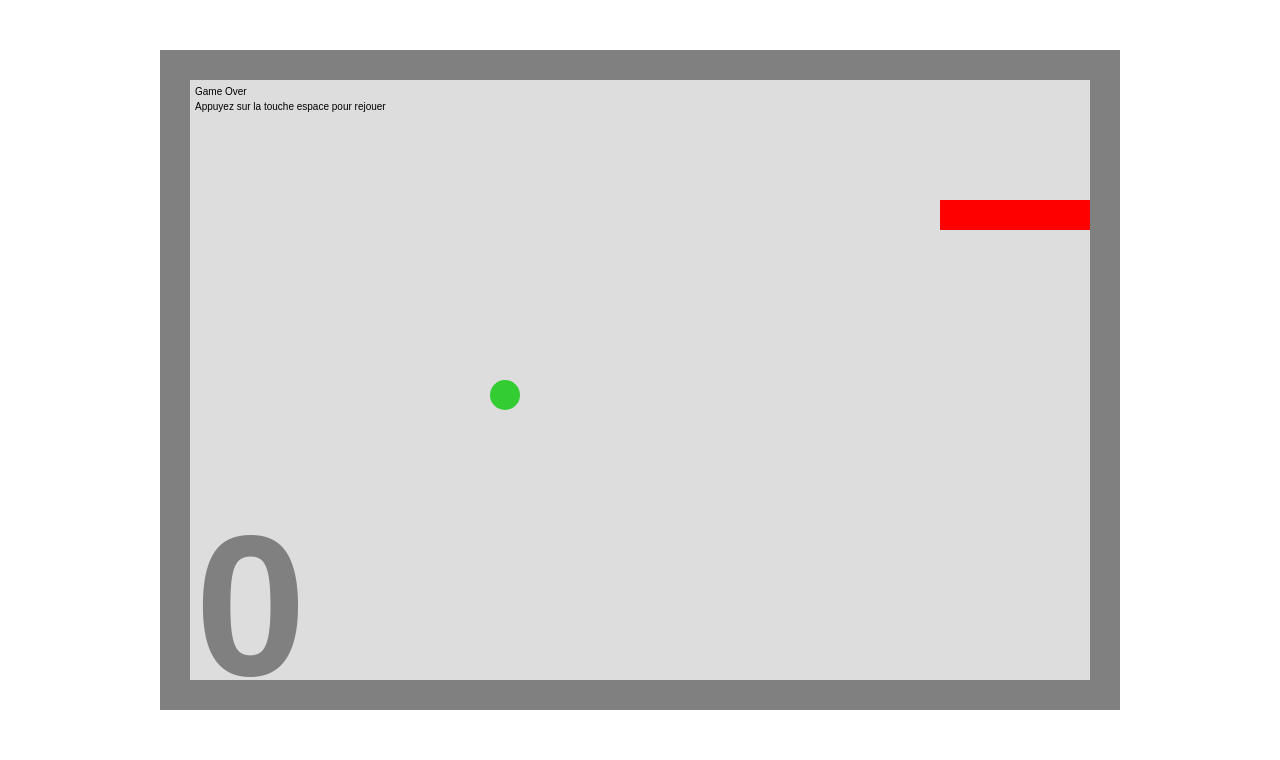
Repository: Loetitia27006/snake
Page: index.html
An editor plug-in stored every save of this project. The page is shown before and after the next save, followed by the edit.
The browser window is 1280 px wide. The pictures show the whole page.

Above is the page before, as saved 2023-03-24 16:27:33.

### index.html
<!DOCTYPE html>
<html lang="en">
<head>
    <meta charset="UTF-8">
    <meta http-equiv="X-UA-Compatible" content="IE=edge">
    <meta name="viewport" content="width=device-width, initial-scale=1.0">
    <title>Snake Game</title>
</head>
<body>

</body>
<script src="script.js"></script>
</html>

### script.js
window.onload = function () {
  var canvasWidth = 900;
  var canvasHeight = 600;
  var blockSize = 30;
  var ctx;
  var delay = 100;
  var snakee;
  var applee;
  var widthInBlocks = canvasWidth/blockSize;
  var heightInBlocks = canvasHeight/blockSize;
  var score;

  init();

  function init() {
    var canvas = document.createElement("canvas");
    canvas.width = canvasWidth;
    canvas.height = canvasHeight;
    canvas.style.border = "30px solid gray";
    canvas.style.margin = "50px auto";
    canvas.style.display = "block";
    canvas.style.backgroundColor = "#ddd";
    document.body.appendChild(canvas);
    ctx = canvas.getContext("2d");
    snakee = new Snake([[6, 4],[5, 4],[4, 4],[3, 4], [2, 4]], "right");
    applee = new Apple([10, 10]);
    score = 0;
    refreshCanvas();
  }

  function refreshCanvas() {
    snakee.advance();
    if(snakee.checkCollision()){
        gameOver();
    }else{
      if(snakee.isEatingApple(applee)){
        score++;
        snakee.ateApple = true;
        do{
          applee.setNewPosition();
        }while(applee.isOnSnake(snakee))
      }
      ctx.clearRect(0, 0, canvasWidth, canvasHeight);
      snakee.draw();
      applee.draw();
      drawScore();
      setTimeout(refreshCanvas, delay);
    }

  }
  function gameOver(){
    ctx.save();
    ctx.fillText("Game Over", 5, 15);
    ctx.fillText("Appuyez sur la touche espace pour rejouer",5 ,30)
    ctx.restore();
  }

  function restart(){
    snakee = new Snake(
      [
        [6, 4],
        [5, 4],
        [4, 4],
        [3, 4] ,
        [2, 4],
      ],
      "right"
    );
    applee = new Apple([10, 10]);
    score = 0;
    refreshCanvas();
  }

  function drawScore(){
    ctx.save();
    ctx.font = "bold 200px sans-serif";
    ctx.fillStyle = "gray";
    ctx.fillText(score.toString(), 5, canvasHeight -5);
    ctx.restore();
  }

  function drawBlock(ctx, position){
    var x = position[0] * blockSize;
    var y = position[1] * blockSize;
    ctx.fillRect(x, y, blockSize, blockSize)
  }

  function Snake(body, direction) {
    this.body = body;
    this.direction = direction
    this.ateApple = false;
    this.draw = function () {
      ctx.save();
      ctx.fillStyle = "#ff0000";
      for (var i = 0; i < this.body.length; i++) {
        drawBlock(ctx, this.body[i]);
      }
      ctx.restore();
    };
    this.advance = function () {
        var nextPosition = this.body[0].slice();
        switch (this.direction) {
          case "left":
            nextPosition[0] -= 1;
            break;
          case "right":
            nextPosition[0] += 1;
            break;
          case "down":
            nextPosition[1] += 1;
            break;
          case "up":
            nextPosition[1] -= 1;
            break;
          default:
            throw("Invalid direction" + this.direction);
        }
        this.body.unshift(nextPosition);
        if(!this.ateApple)
          this.body.pop();
        else
          this.ateApple = false;
    };
    this.setDirection= function(newDirection) {
      var allowedDirection;
      switch (this.direction) {
        case "left":
        case "right":
          allowedDirection = ["up", "down"];
          break;
        case "down":
        case "up":
          allowedDirection = ["left", "right"];
          break;
        default:
          throw("invalid direction: " + this.direction);
      }
      if(allowedDirection.indexOf(newDirection)>-1){
        this.direction = newDirection;
      }
    }
    this.checkCollision = function(){
      var wallCollision = false;
      var snakeCollision = false;
      var head = this.body[0];
      var rest = this.body.slice(1);
      var snakeX = head[0];
      var snakeY = head[1];
      var minX = 0;
      var minY = 0;
      var maxX = widthInBlocks - 1;
      var maxY = heightInBlocks - 1;
      var isNotBetweenHorizontalWalls = snakeX < minX || snakeX > maxX;
      var isNotBetweenVerticalWalls = snakeY < minY || snakeY > maxY;

      if(isNotBetweenHorizontalWalls || isNotBetweenVerticalWalls) {
        wallCollision = true;
      }
      for(var i = 0; i < rest.length; i++) {
        if(snakeX === rest[i][0] && snakeY === rest[i][1]) {
          snakeCollision = true;
      }
    }
    return wallCollision || snakeCollision;
  };
  this.isEatingApple = function (appleToEat) {
    var head = this.body[0];
    if (
      head[0] === appleToEat.position[0] &&
      head[1] === appleToEat.position[1]
    ) {
      return true;
    } else {
      return false;
    }
  };
}
  function Apple(position){
    this.position = position;
    this.draw = function(){
      ctx.save();
      ctx.fillStyle = "#33cc33";
      var radius = blockSize/2;
      var x = this.position[0]*blockSize + radius;
      var y = this.position[1]*blockSize + radius;
      ctx.beginPath();
      ctx.arc(x, y, radius, 0, Math.PI*2, true);
      ctx.fill();
      ctx.restore();
    }
    this.setNewPosition = function(){
      var newX = Math.round(Math.random()*(widthInBlocks - 1));
      var newY = Math.round(Math.random()*(heightInBlocks - 1));
      this.position = [newX, newY];
    }
    this.isOnSnake = function(snakeToCheck){
      var isOnSnake = false;
      for(var i=0; i< snakeToCheck.body.length; i++){
        if (this.position[0]=== snakeToCheck.body[i][0] && this.position[1]=== snakeToCheck.body[i][1]){
          isOnSnake = true;
        }
      }
      return isOnSnake;
    }
  }

  document.onkeydown = function handleKeyDown(e) {
    var key = e.keyCode;
    var newDirection;
    switch (key) {
      case 37:
        newDirection = "left";
        break;
      case 38:
        newDirection = "up";
        break;
      case 39:
        newDirection = "right";
        break;
      case 40:
        newDirection = "down";
        break;
      case 32:
        restart();
        return;
      default:
        return;
    }
    snakee.setDirection(newDirection);
  };
};

After the next save:
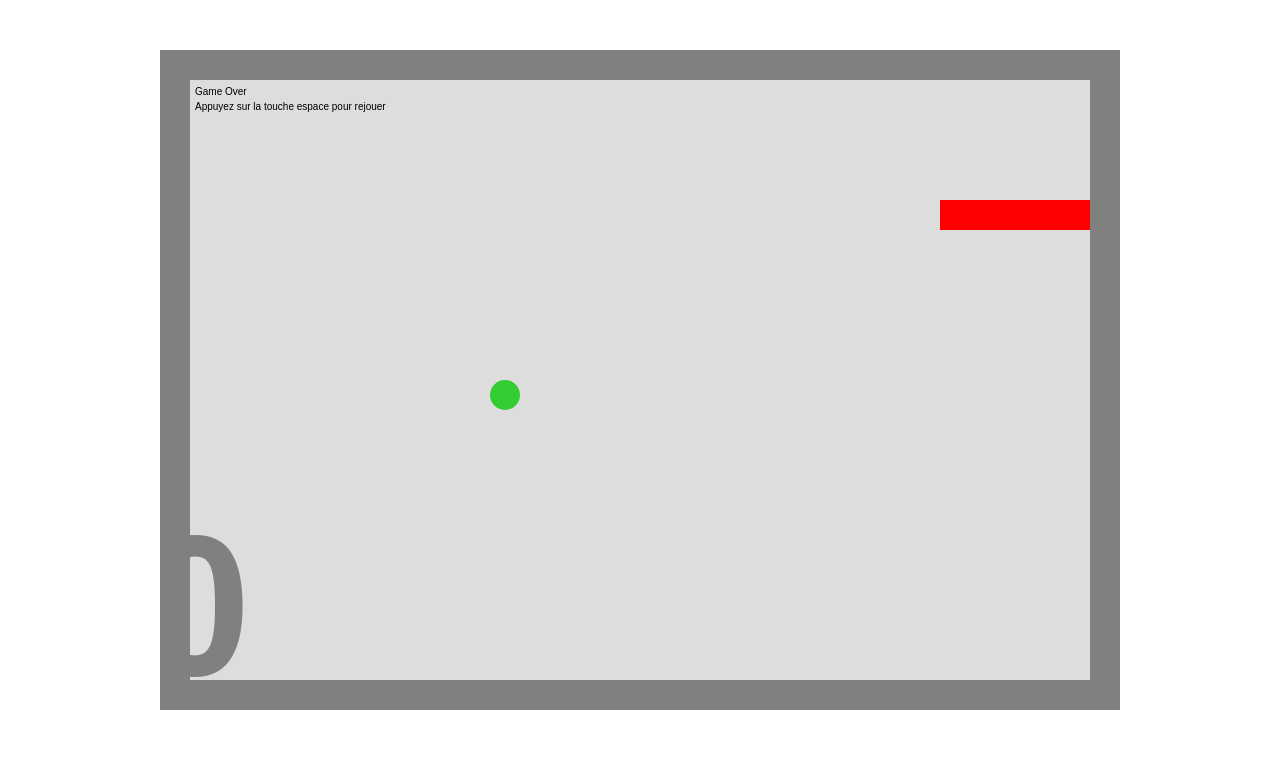
Saved 27 s later.
--- a/script.js
+++ b/script.js
@@ -75,6 +75,8 @@ window.onload = function () {
     ctx.save();
     ctx.font = "bold 200px sans-serif";
     ctx.fillStyle = "gray";
+    ctx.textAlign = "center";
+
     ctx.fillText(score.toString(), 5, canvasHeight -5);
     ctx.restore();
   }
